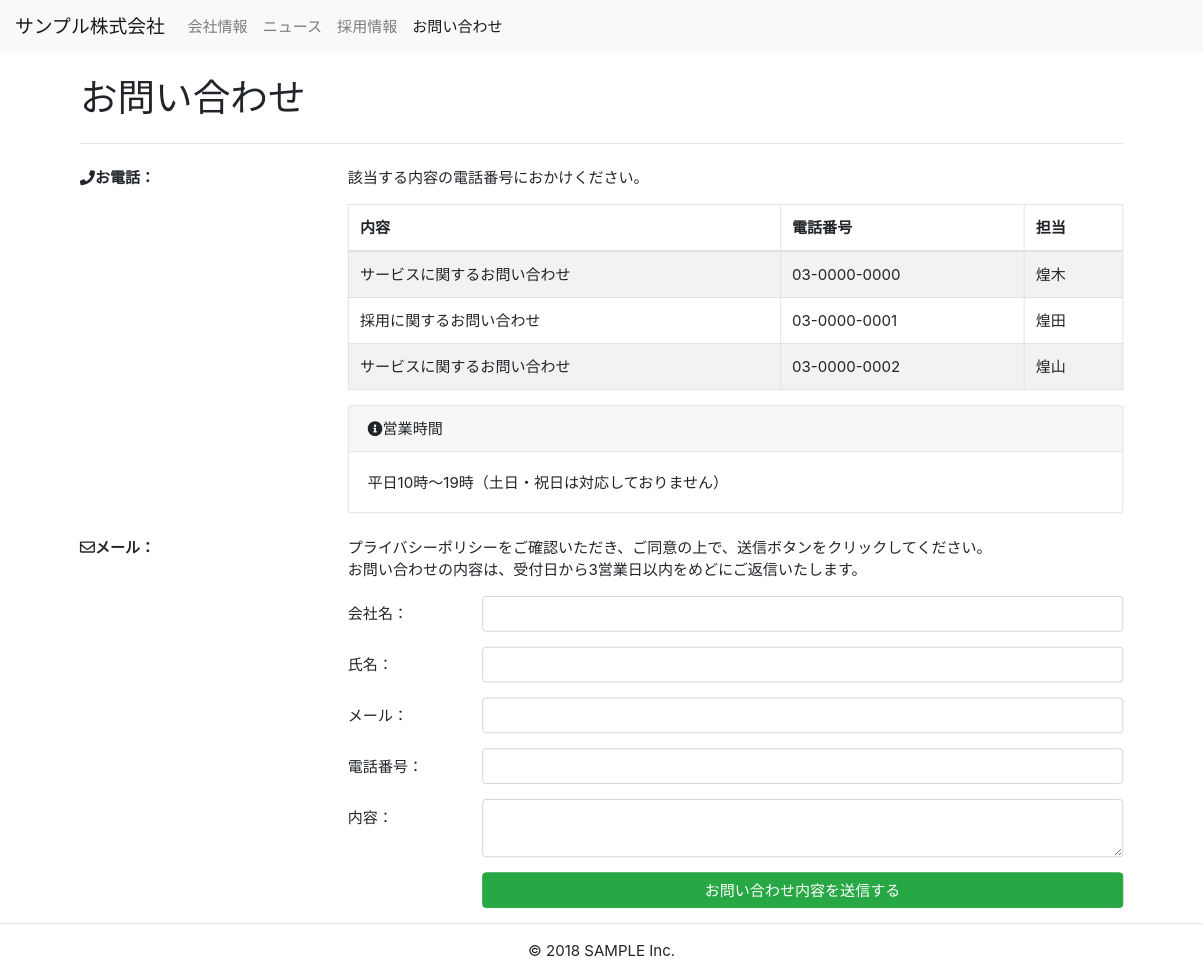
Repository: akaki4/first-git
Page: 4.Bootstrap/contact.html
The author's editor kept a record of every edit. The page is drawn from the files as they stood at one moment, then again after the next edit.
The browser window is 1280 px wide. The pictures show the whole page, at 94% of full size.
Some web libraries are served in a nearby version.

Above is the page before.

### 4.Bootstrap/contact.html
<!DOCTYPE html>
<html lang="ja">
    <head>
        <!-- Required meta tags -->
        <meta charset="utf-8">
        <meta name="viewport" content="width=device-width, initial-scale=1, shrink-to-fit=no">

        <!-- Bootstrap CSS -->
        <link rel="stylesheet" href="https://stackpath.bootstrapcdn.com/bootstrap/4.2.1/css/bootstrap.min.css">

        <title>お問い合わせ | サンプル株式会社</title>
    </head>
    <body>
        <header>
        <nav class="navbar navbar-expand-sm navbar-light bg-light">
            <!-- ホームへ戻るリンク。ブランドロゴなどを置く。 -->
            <a href="#" class="navbar-brand">サンプル株式会社</a>

            <!-- 横幅が狭い時に出るハンバーガーボタン -->
            <button type="button" class="navbar-toggler" data-toggle="collapse" data-target="#nav-bar">
                <span class="navbar-toggler-icon"></span>
            </button>

            <!-- メニュー項目 -->
            <div class="collapse navbar-collapse" id="nav-bar">
                <ul class="navbar-nav">
                    <li class="nav-item"><a href="#" class="nav-link">会社情報</a></li>
                    <li class="nav-item"><a href="#" class="nav-link">ニュース</a></li>
                    <li class="nav-item"><a href="#" class="nav-link">採用情報</a></li>
                    <li class="nav-item active"><a href="#" class="nav-link">お問い合わせ</a></li>
　　              　<li class="nav-item dropdown">
                        <div class="dropdown-menu">
                            <a class="dropdown-item" href="#">会社情報</a>
                            <a class="dropdown-item" href="#">ニュース</a>
                            <a class="dropdown-item" href="#">採用情報</a>
                            <a class="dropdown-item" href="#">お問い合わせ</a>
                        </div>
                    </li>
                </ul>
            </div>
        </nav>
        </header>
        <div class="container">
            <h1 class="mt-4 pb-4 border-bottom">お問い合わせ</h1>
            <div class="mt-4 row">
                <div class="col-sm-3">
                    <i class="fas fa-phone"></i><strong>お電話：</strong>
                </div>
            <div class="col-sm-9">
                    <p>該当する内容の電話番号におかけください。</p>
                    <table class="table table-striped table-bordered">
                        <thead>
                            <tr>
                                <th>内容</th>
                                <th>電話番号</th>
                                <th>担当</th>
                            </tr>
                        </thead>
                        <tbody>
                            <tr>
                                <td>サービスに関するお問い合わせ</td>
                                <td>03-0000-0000</td>
                                <td>煌木</td>
                            </tr>
                            <tr>
                                <td>採用に関するお問い合わせ</td>
                                <td>03-0000-0001</td>
                                <td>煌田</td>
                            </tr>
                            <tr>
                                <td>サービスに関するお問い合わせ</td>
                                <td>03-0000-0002</td>
                                <td>煌山</td>
                            </tr>
                        </tbody>
                    </table>
                <div class="card">
                    <div class="card-header">
                    <i class="fas fa-info-circle"></i>営業時間
                </div>
                <div class="card-body">
                    平日10時〜19時（土日・祝日は対応しておりません）
                </div>
                </div>
            </div>
            </div>
            <div class="mt-4 row">
                <div class="col-sm-3">
                    <i class="far fa-envelope"></i><strong>メール：</strong>
                </div>
                <div class="col-sm-9">
                    <p>
                        プライバシーポリシーをご確認いただき、ご同意の上で、送信ボタンをクリックしてください。<br />
                        お問い合わせの内容は、受付日から3営業日以内をめどにご返信いたします。
                    </p>
                    <form action="complete.html">
                        <div class="form-group row">
                            <label class="col-2 col-form-label">会社名：</label>
                            <div class="col-10">
                                <input type="text" class="form-control" name="company">
                            </div>
                        </div>

                        <div class="form-group row">
                            <label class="col-2 col-form-label">氏名：</label>
                            <div class="col-10">
                                <input type="text" class="form-control" name="name">
                            </div>
                        </div>

                        <div class="form-group row">
                            <label class="col-2 col-form-label">メール：</label>
                            <div class="col-10">
                                <input type="text" class="form-control" name="mail">
                            </div>
                        </div>

                        <div class="form-group row">
                            <label class="col-2 col-form-label">電話番号：</label>
                            <div class="col-10">
                                <input type="text" class="form-control" name="tel">
                            </div>
                        </div>

                        <div class="form-group row">
                            <label class="col-2 col-form-label">内容：</label>
                            <div class="col-10">
                                <textarea class="form-control" name="content"></textarea>
                            </div>
                        </div>

                        <div class="form-group row">
                            <div class="col-10 offset-2">
                                <button type="submit" class="btn btn-success btn-block">お問い合わせ内容を送信する</button>
                            </div>
                        </div>
                    </form>
                </div>
            </div>
        </div>
        <footer class="text-center pt-3 pb-3 border-top">
            &copy; 2018 SAMPLE Inc.
        </footer>

        <!-- Optional JavaScript -->
        <!-- jQuery first, then Popper.js, then Bootstrap JS, then Font Awesome -->
        <script src="https://code.jquery.com/jquery-3.3.1.slim.min.js"></script>
        <script src="https://cdnjs.cloudflare.com/ajax/libs/popper.js/1.14.6/umd/popper.min.js"></script>
        <script src="https://stackpath.bootstrapcdn.com/bootstrap/4.2.1/js/bootstrap.min.js"></script>
        <script defer src="https://use.fontawesome.com/releases/v5.7.2/js/all.js"></script>
    </body>
</html>

After the next edit:
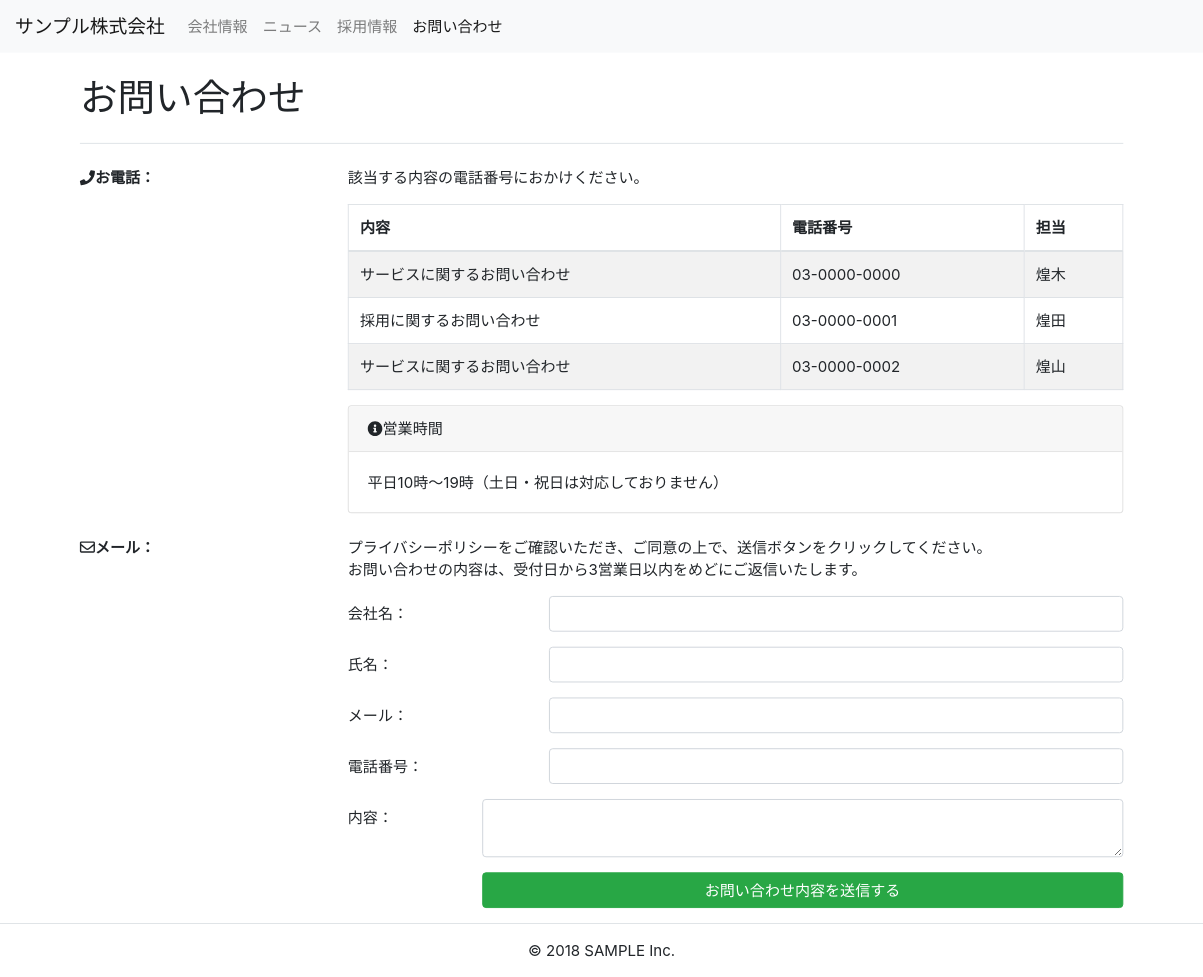
The edit:
--- a/4.Bootstrap/contact.html
+++ b/4.Bootstrap/contact.html
@@ -95,29 +95,29 @@
                     </p>
                     <form action="complete.html">
                         <div class="form-group row">
-                            <label class="col-2 col-form-label">会社名：</label>
-                            <div class="col-10">
+                            <label class="col-sm-3 col-form-label">会社名：</label>
+                            <div class="col-sm-9">
                                 <input type="text" class="form-control" name="company">
                             </div>
                         </div>
 
                         <div class="form-group row">
-                            <label class="col-2 col-form-label">氏名：</label>
-                            <div class="col-10">
+                            <label class="col-sm-3 col-form-label">氏名：</label>
+                            <div class="col-sm-9">
                                 <input type="text" class="form-control" name="name">
                             </div>
                         </div>
 
                         <div class="form-group row">
-                            <label class="col-2 col-form-label">メール：</label>
-                            <div class="col-10">
+                            <label class="col-sm-3 col-form-label">メール：</label>
+                            <div class="col-sm-9">
                                 <input type="text" class="form-control" name="mail">
                             </div>
                         </div>
 
                         <div class="form-group row">
-                            <label class="col-2 col-form-label">電話番号：</label>
-                            <div class="col-10">
+                            <label class="col-sm-3 col-form-label">電話番号：</label>
+                            <div class="col-sm-9">
                                 <input type="text" class="form-control" name="tel">
                             </div>
                         </div>
